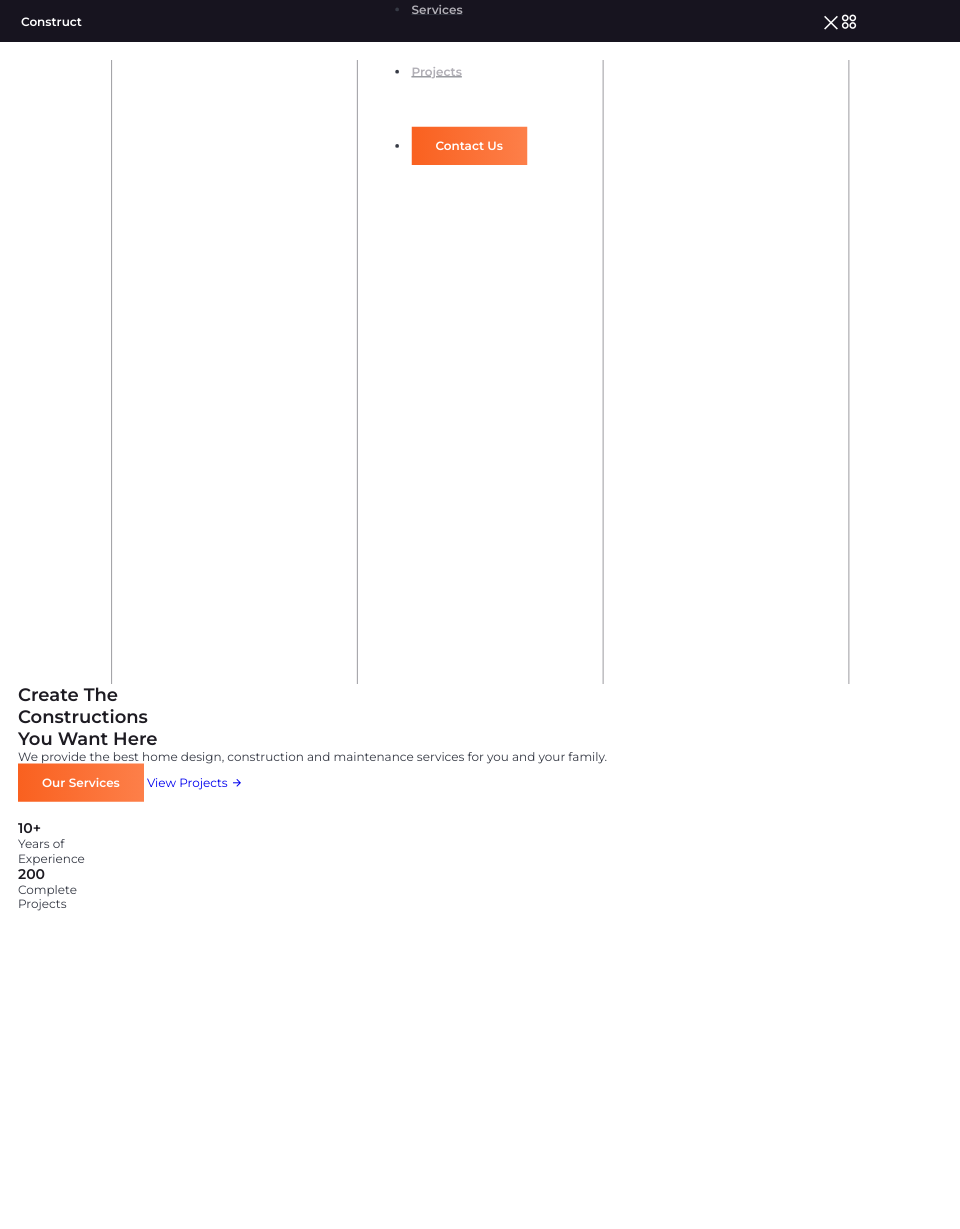
Repository: douglasabnovato/construction
Page: index.html
These files come from the project's save history. The page is drawn as it stood at one moment and after the next save; the edit follows.
The browser window is 1280 px wide. The pictures show the whole page, at 75% of full size.

Above is the page before, as saved 2025-04-29 00:41:34.

### index.html
<!DOCTYPE html>
<html lang="en">
  <head>
    <meta charset="UTF-8" />
    <meta name="viewport" content="width=device-width, initial-scale=1.0" />

    <!--=============== FAVICON ===============-->
    <link
      rel="shortcut icon"
      href="assets/img/favicon.png"
      type="image/x-icon"
    />

    <!--=============== REMIXICONS ===============-->
    <link
      rel="stylesheet"
      href="https://cdnjs.cloudflare.com/ajax/libs/remixicon/4.2.0/remixicon.css"
    />

    <!--=============== SWIPER CSS ===============-->
    <link rel="stylesheet" href="" />

    <!--=============== CSS ===============-->
    <link rel="stylesheet" href="assets/css/styles.css" />

    <title>Construction</title>
  </head>
  <body>
    <!--==================== HEADER ====================-->
    <header class="header" id="header">
      <nav class="nav container">
        <a href="#" class="nav__logo">
          <i class="ri-bulding-3-line"></i>
          <span>Construct</span>
        </a>
        <div class="nav__menu" id="nav-menu">
          <u class="nav__list">
            <li>
              <a href="#home" class="nav__link">Home</a>
            </li>
            <li>
              <a href="#aboutus" class="nav__link"> About Us</a>
            </li>
            <li>
              <a href="#services" class="nav__link"> Services</a>
            </li>
            <li>
              <a href="#projects" class="nav__link"> Projects</a>
            </li>
            <li>
              <a href="#contactus" class="nav__link button"> Contact Us</a>
            </li>
          </u>
          <!-- Close Button -->
          <div class="nav__close" id="nav-close">
            <i class="ri-close-large-line"></i>
          </div>
        </div>
        <!-- Toggle menu -->
        <div class="nav__toggle" id="nav-toggle">
          <i class="ri-apps-2-line"></i>
        </div>
      </nav>
    </header>

    <!--==================== MAIN ====================-->
    <main class="main">
      <!--==================== HOME ====================-->
      <section class="home section" id="home">
        <img
          src="./assets/img/home-lines-bg.svg"
          alt="image"
          class="home__lines"
        />
        <div class="home__container container grid">
          <div class="home__container grid">
            <div class="home__data">
              <h1 class="home__title">
                Create The<br />
                Constructions<br />
                You Want Here
              </h1>
              <p class="home__description">
                We provide the best home design, construction and maintenance
                services for you and your family.
              </p>
              <div class="home__buttons">
                <a href="#services" class="button">Our Services</a>
                <a href="#projects" class="button__link"
                  ><span>View Projects</span> <i class="ri-arrow-right-line"></i
                ></a>
              </div>
            </div>
            <div class="home__info">
              <div>
                <h3 class="home__info-title">10+</h3>
                <p class="home__info-description">
                  Years of <br />
                  Experience
                </p>
              </div>
              <div>
                <h3 class="home__info-title">200</h3>
                <p class="home__info-description">
                  Complete <br />
                  Projects
                </p>
              </div>
            </div>
          </div>
          <div class="home__images"></div>
        </div>
      </section>

      <!--==================== ABOUT ====================-->
      <section class="about section" id="about"></section>

      <!--==================== SERVICES ====================-->
      <section class="services section" id="services"></section>

      <!--==================== PROJECTS ====================-->
      <section class="projects section" id="projects"></section>

      <!--==================== CONTACT ====================-->
      <section class="contact section" id="contact"></section>
    </main>

    <!--==================== FOOTER ====================-->
    <footer class="footer"></footer>

    <!--========== SCROLL UP ==========-->

    <!--=============== SCROLLREVEAL ===============-->
    <script src=""></script>

    <!--=============== SWIPER JS ===============-->
    <script src=""></script>

    <!--=============== MAIN JS ===============-->
    <script src="assets/js/main.js"></script>
  </body>
</html>

### assets/css/styles.css
/*=============== GOOGLE FONTS ===============*/
@import url("https://fonts.googleapis.com/css2?family=Montserrat:wght@100..900&display=swap");

/*=============== VARIABLES CSS ===============*/
:root {
  --header-height: 3.5rem;

  /*========== Colors ==========*/
  /*Color mode HSL(hue, saturation, lightness)*/
  --first-color: hsl(18, 95%, 55%);
  --second-color: hsl(42, 98%, 52%);
  --first-gradient: linear-gradient(
    90deg,
    hsl(18, 95%, 55%),
    hsl(18, 98%, 64%)
  );
  --title-color: hsl(255, 12%, 12%);
  --text-color: hsl(225, 12%, 24%);
  --text-color-light: hsl(255, 4%, 70%);
  --body-color: hsl(0, 0%, 100%);
  --container-color: hsl(0, 0%, 100%);
  --white-color: hsl(0, 0%, 100%);
  --black-color: hsl(255, 20%, 10%);
  --gray-border: hsl(255, 6%, 90%);
  --black-border: hsl(255, 10%, 20%);

  /*========== Font and typography ==========*/
  /*.5rem = 8px | 1rem = 16px ...*/
  --body-font: "Montserrat", sans-serif;
  --big-font-size: 2.25rem;
  --h1-font-size: 1.5rem;
  --h2-font-size: 1.25rem;
  --h3-font-size: 1rem;
  --normal-font-size: 0.938rem;
  --small-font-size: 0.813rem;

  /*========== Font weight ==========*/
  --font-regular: 400;
  --font-medium: 500;
  --font-semi-bold: 600;
  --font-bold: 700;

  /*========== z index ==========*/
  --z-tooltip: 10;
  --z-fixed: 100;
}

/*========== Responsive typography ==========*/
@media screen and (min-width: 1150px) {
  :root {
    --big-font-size: 3.5rem;
    --h1-font-size: 2.25rem;
    --h2-font-size: 1.5rem;
    --h3-font-size: 1.25rem;
    --normal-font-size: 1rem;
    --small-font-size: 0.875rem;
  }
}

/*=============== BASE ===============*/
* {
  box-sizing: border-box;
  padding: 0;
  margin: 0;
}

html {
  scroll-behavior: smooth;
}

body {
  font-family: var(--body-font);
  font-size: var(--normal-font-size);
  background-color: var(--body-color);
  color: var(--text-color);
}

h1,
h2,
h3,
h4 {
  color: var(--title-color);
  font-weight: var(--font-semi-bold);
}

ul {
  list-style: none;
}

a {
  text-decoration: none;
}

img {
  display: block;
  max-width: 100%;
  height: auto;
}

/*=============== REUSABLE CSS CLASSES ===============*/
.container {
  max-width: 1120px;
  margin-inline: 1.5rem;
}

.grid {
  display: grid;
  gap: 1.5rem;
}

.section {
  padding-block: 5rem 1rem;
}
.section__title,
.section__subtitle {
  text-align: center;
}

.section__title {
  font-size: var(--h1-font-size);
  font-weight: var(--font-bold);
  margin-bottom: 1.5rem;
}

.section__subtitle {
  display: block;
  font-size: var(--normal-font-size);
  font-weight: var(--font-semi-bold);
  color: var(--second-color);
  margin-bottom: 0.5rem;
}

.main {
  overflow: hidden;
}

/*=============== HEADER & NAV ===============*/
.header {
  position: fixed;
  width: 100%;
  top: 0;
  left: 0;
  background-color: var(--black-color);
  z-index: var(--z-fixed);
}

.nav {
  position: relative;
  height: var(--header-height);
  display: flex;
  justify-content: space-between;
  align-items: center;
}

.nav__logo {
  display: flex;
  align-items: center;
  column-gap: 0.25rem;
}

.nav__logo span {
  color: var(--white-color);
  font-weight: var(--font-semi-bold);
  transition: color 0.4s;
}

.nav__logoi i {
  color: var(--first-color);
  font-size: 1.5rem;
}

.nav__toggle,
.nav__close {
  font-size: 1.5rem;
  color: var(--white-color);
  cursor: pointer;
  transition: color 0.4s;
}

/* Navigation for mobile devices */
@media screen and (max-width: 1150px) {
  .nav__menu {
    position: fixed;
    top: 0;
    right: -100%;
    background-color: var(--black-color);
    width: 80%;
    height: 100%;
    padding: 7.5rem 3.5rem 0;
    border-left: 2px solid var(--black-border);
    transition: right 0.4s;
  }
}

.nav__list {
  display: flex;
  flex-direction: column;
  row-gap: 4rem;
}

.nav__link {
  color: var(--text-color-light);
  font-weight: var(--font-semi-bold);
  transition: color 0.4s;
}

.nav__link:hover {
  color: var(--first-color);
}

.nav__close {
  position: absolute;
  top: 1rem;
  right: 1.5rem;
}

/* Show menu */
.show-menu {
  right: 0;
}

/* Change background header */

/* Active link */

/*=============== HOME ===============*/

/*=============== BUTTON ===============*/
.button {
  display: inline-flex;
  background: var(--first-gradient);
  color: var(--white-color);
  font-weight: var(--font-semi-bold);
  padding: 1rem 2rem;
  transition: box-shadow .4s;
}

.button:hover{
  box-shadow: 0 8px 32px hsla(18, 95%, 55%, .3);
  color: var(--white-color);
}

/*=============== ABOUT ===============*/

/*=============== SERVICES ===============*/

/* Swiper class */

/*=============== PROJECTS ===============*/

/*=============== CONTACT ===============*/

/*=============== FOOTER ===============*/

/*=============== SCROLL BAR ===============*/

/*=============== SCROLL UP ===============*/

/* Show Scroll Up */

/*=============== BREAKPOINTS ===============*/
/* For small devices */

/* For medium devices */

/* For large devices */

### assets/js/main.js
/*=============== SHOW MENU ===============*/
const navMenu = document.getElementById('nav-menu'),
      navToggle = document.getElementById('nav-toggle'),
      navClose = document.getElementById('nav-close')

/* Menu show */
if(navToggle){
    navToggle.addEventListener('click', () =>{
        navMenu.classList.add('show-menu')
    })
}

/* Menu hidden */
if(navClose){
    navClose.addEventListener('click', () =>{
        navMenu.classList.remove('show-menu')
    })
}

/*=============== REMOVE MENU MOBILE ===============*/
const navLink = document.querySelectorAll('.nav__link')

const linkAction = () =>{
    const navMenu = document.getElementById('nav-menu')
    // When we click on each nav__link, we remove the show-menu class
    navMenu.classList.remove('show-menu')
}
navLink.forEach(n => n.addEventListener('click', linkAction))


/*=============== CHANGE BACKGROUND HEADER ===============*/

/*=============== SWIPER SERVICES ===============*/

/*=============== SHOW SCROLL UP ===============*/

/*=============== SCROLL SECTIONS ACTIVE LINK ===============*/

/*=============== SCROLL REVEAL ANIMATION ===============*/

After the next save:
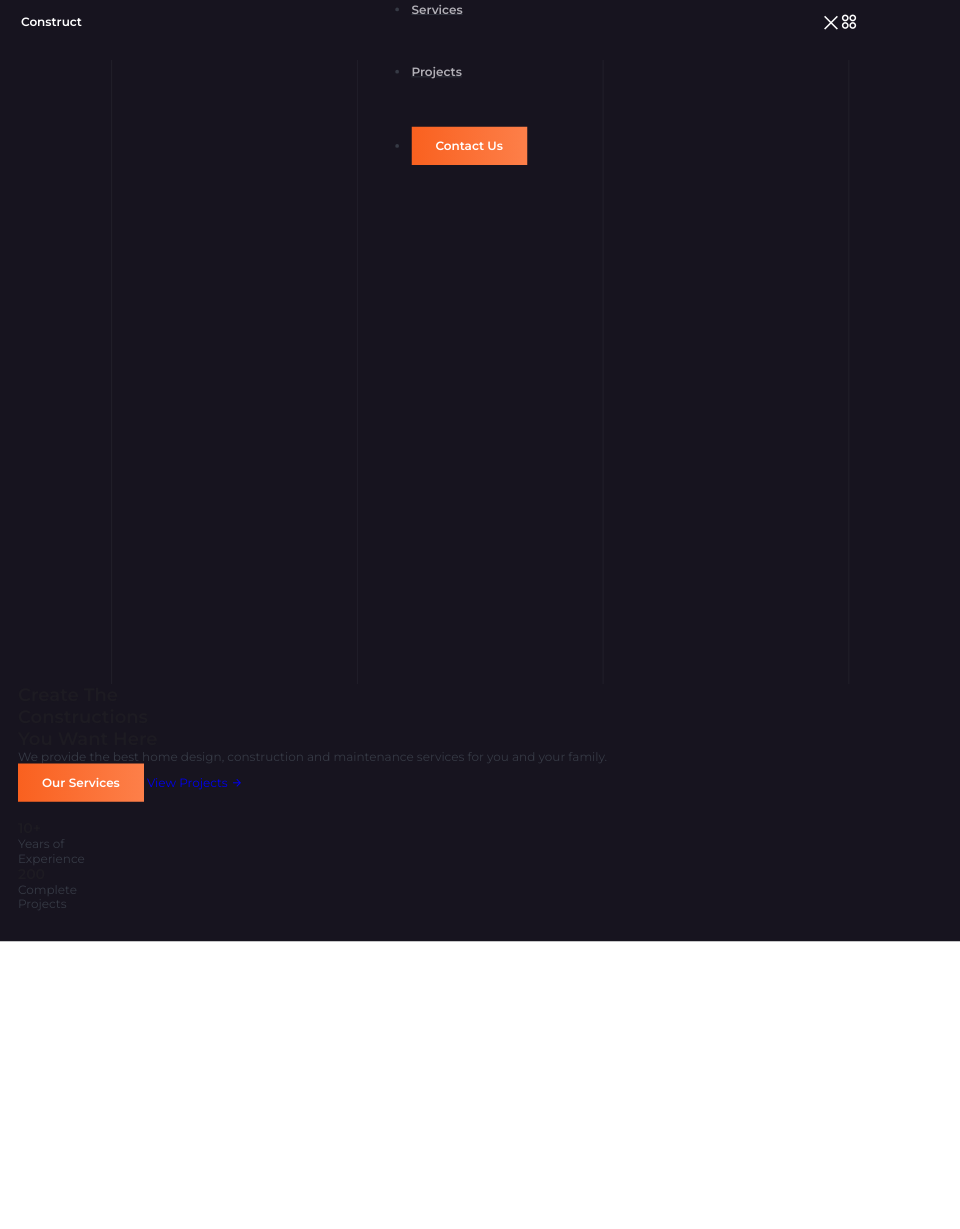
Saved 56 s later.
--- a/assets/css/styles.css
+++ b/assets/css/styles.css
@@ -224,6 +224,10 @@ img {
 /* Active link */
 
 /*=============== HOME ===============*/
+.home {
+  position: relative;
+  background-color: var(--black-color);
+}
 
 /*=============== BUTTON ===============*/
 .button {
